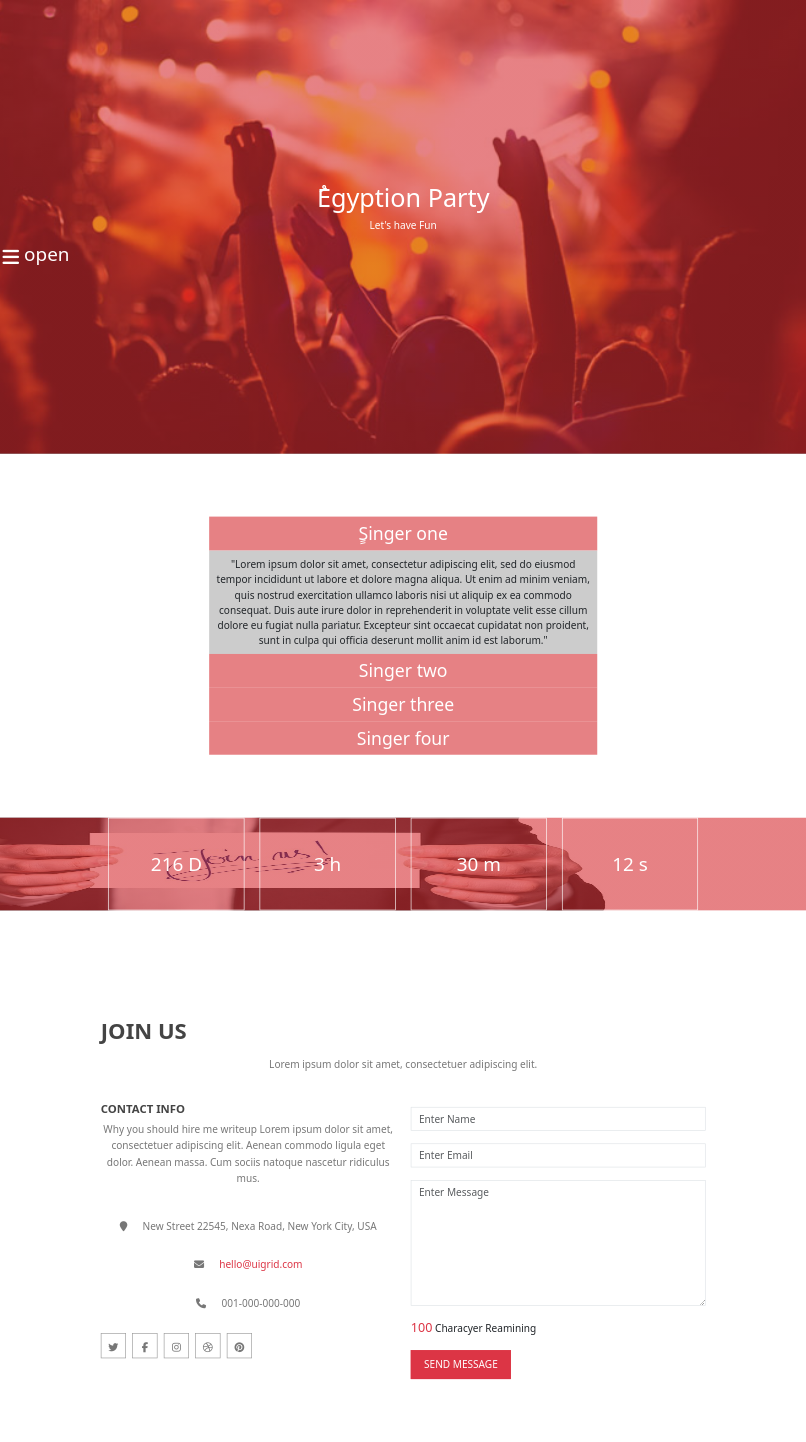
Repository: HagarYousry/jQuery
Page: index.html
An editor plug-in stored every save of this project. The page is shown before and after the next save, followed by the edit.
The browser window is 1280 px wide. The pictures show the whole page, at 63% of full size.

Above is the page before, as saved 2024-07-25 21:01:52.

### index.html
<!DOCTYPE html>
<html lang="en">

<head>
    <meta charset="UTF-8">
    <meta name="viewport" content="width=device-width, initial-scale=1.0">
    <title>Egyption party</title>
    <!-- web fonts  -->
    <link rel="stylesheet" href="css/all.min.css">
    <!-- bootstrap -->
    <link rel="stylesheet" href="css/bootstrap.min.css">
    <!-- main css -->
    <link rel="stylesheet" href="css/main.css">
</head>

<body>
    <!--start home  -->
    <section id="home">
        <div id="sideNav" class="bg-black p-5">
            <a class="p-0 closeIcon">
                <i class="fa-solid fa-xmark "></i>
            </a>
            <a class="sideNav-link " href="#home">Home</a>
            <a class="sideNav-link" href="#Acordion">Duration</a>
            <a class="sideNav-link" href="#contact">Contact</a>
            <a class="sideNav-link" href="#count">Details</a>
        </div>

        <div class="home-title d-flex justify-content-center align-items-center flex-column vh-100 text-white">
            <h1>ُEgyption Party</h1>
            <p>Let's have Fun</p>
            <span class="navIcon align-self-start d-flex align-items-center ms-1">
                <i class="fa-solid fa-bars"></i>
                <h4 class="ms-2">open</h4>
            </span>
        </div>
    </section>


    <!-- start Acordion section  -->
    <section id="Acordion" class="Acordion text-center">

        <div class="container w-50">
            <h3 class="toggle-acordion">ٍSinger one</h3>
            <div class="desc first">"Lorem ipsum dolor sit amet, consectetur adipiscing elit, sed do eiusmod tempor
                incididunt ut labore et dolore magna aliqua. Ut enim ad minim veniam, quis nostrud exercitation ullamco
                laboris nisi ut aliquip ex ea commodo consequat. Duis aute irure dolor in reprehenderit in voluptate
                velit
                esse cillum dolore eu fugiat nulla pariatur. Excepteur sint occaecat cupidatat non proident, sunt in
                culpa
                qui officia deserunt mollit anim id est laborum."
            </div>


            <h3 class="toggle-acordion">Singer two</h3>
            <div class="desc">"Sed ut perspiciatis unde omnis iste natus error sit voluptatem accusantium doloremque
                laudantium, totam rem aperiam, eaque ipsa quae ab illo inventore veritatis et quasi architecto beatae
                vitae
                dicta sunt explicabo. Nemo enim ipsam voluptatem quia voluptas sit aspernatur aut odit aut fugit, sed
                quia
                consequuntur magni dolores eos qui ratione voluptatem sequi nesciunt. Neque porro quisquam est, qui
                dolorem
                ipsum quia dolor sit amet, consectetur, adipisci velit, sed quia non numquam eius modi tempora incidunt
                ut
                labore et dolore magnam aliquam quaerat voluptatem. Ut enim ad minima veniam, quis nostrum
                exercitationem
                ullam corporis suscipit laboriosam, nisi ut aliquid ex ea commodi consequatur? Quis autem vel eum iure
                reprehenderit qui in ea voluptate velit esse quam nihil molestiae consequatur, vel illum qui dolorem eum
                fugiat quo voluptas nulla pariatur?"
            </div>


            <h3 class="toggle-acordion">Singer three</h3>
            <div class="desc">"But I must explain to you how all this mistaken idea of denouncing pleasure and praising
                pain was born and I will give you a complete account of the system, and expound the actual teachings of
                the
                great explorer of the truth, the master-builder of human happiness. No one rejects, dislikes, or avoids
                pleasure itself, because it is pleasure, but because those who do not know how to pursue pleasure
                rationally
                encounter consequences that are extremely painful. Nor again is there anyone who loves or pursues or
                desires
                to obtain pain of itself, because it is pain, but because occasionally circumstances occur in which toil
                and
                pain can procure him some great pleasure. To take a trivial example, which of us ever undertakes
                laborious
                physical exercise, except to obtain some advantage from it? But who has any right to find fault with a
                man
                who chooses to enjoy a pleasure that has no annoying consequences, or one who avoids a pain that
                produces no
                resultant pleasure?"
            </div>


            <h3 class="toggle-acordion">Singer four</h3>
            <div class="desc">"At vero eos et accusamus et iusto odio dignissimos ducimus qui blanditiis praesentium
                voluptatum deleniti atque corrupti quos dolores et quas molestias excepturi sint occaecati cupiditate
                non
                provident, similique sunt in culpa qui officia deserunt mollitia animi, id est laborum et dolorum fuga.
                Et
                harum quidem rerum facilis est et expedita distinctio. Nam libero tempore, cum soluta nobis est eligendi
                optio cumque nihil impedit quo minus id quod maxime placeat facere possimus, omnis voluptas assumenda
                est,
                omnis dolor repellendus. Temporibus autem quibusdam et aut officiis debitis aut rerum necessitatibus
                saepe
                eveniet ut et voluptates repudiandae sint et molestiae non recusandae. Itaque earum rerum hic tenetur a
                sapiente delectus, ut aut reiciendis voluptatibus maiores alias consequatur aut perferendis doloribus
                asperiores repellat."

            </div>

        </div>
    </section>
    <!-- end Acordion section  -->

    <!-- start count section  -->
    <section id="count">
        <div class="container w-75 text-center text-white">
            <div class="row">
                <div class="col-md-3">
                    <div class="time">
                        <span class="days">00</span>
                    </div>
                </div>

                <div class="col-md-3">
                    <div class="time">
                        <span class="hours">00</span>
                    </div>
                </div>

                <div class="col-md-3">
                    <div class="time">
                        <span class="minutes">00</span>
                    </div>
                </div>

                <div class="col-md-3">
                    <div class="time">
                        <span class="seconds">00</span>
                    </div>
                </div>

            </div>
        </div>
    </section>
    <!-- end count section  -->

    <!-- start contact-us section  -->
    <section id="contact">
        <div class="container-fluid w-75">
            <div class="head">
                <h2 class="text-uppercase fw-bold">Join Us</h2>
                <p class="text-center">Lorem ipsum dolor sit amet, consectetuer adipiscing elit.</p>
            </div>
            <div class="row mt-5">
                <div class="col-md-6">
                    <div class="col-info">
                        <h3 class="text-uppercase">CONTACT INFO</h3>
                        <p class="text-center">Why you should hire me writeup Lorem ipsum dolor sit amet, consectetuer
                            adipiscing elit.
                            Aenean commodo ligula eget dolor. Aenean massa. Cum sociis natoque nascetur ridiculus mus.
                        </p>

                        <div class="icons text-center">
                            <p><i class="fa fa-map-marker"></i> New Street 22545, Nexa Road, New York City, USA</p>

                            <p class="text-danger"><i class="fa fa-envelope"></i> hello@uigrid.com</p>
                            <p><i class="fa fa-phone"></i> 001-000-000-000</p>
                        </div>

                        <div class="social d-flex align-items-center">

                            <i class="fab fa-twitter fa-fw"></i>
                            <i class="fab fa-facebook-f fa-fw"></i>
                            <i class="fab fa-instagram fa-fw"></i>
                            <i class="fab fa-dribbble fa-fw"></i>
                            <i class="fab fa-pinterest fa-fw"></i>

                        </div>
                    </div>
                </div>

                <div class="col-md-6">
                    <form>

                        <input class="form-control mt-2" type="text" placeholder="Enter Name">
                        <input class="form-control" type="email" placeholder="Enter Email">
                        <textarea class="form-control " placeholder="Enter Message"></textarea>
                        <span id="chars" class="text-danger">100</span> Characyer Reamining
                        <button class="btn btn-danger text-uppercase">Send Message</button>

                    </form>
                </div>
            </div>
        </div>
    </section>
    <!-- end contact-us section  -->


    <!-- jquery  -->
    <script src="js/jquery-3.7.1.min.js"></script>
    <!-- index js  -->
    <script src="js/index.js"></script>


</body>

</html>

### css/main.css
/*start home  */
#home{
    height: 100vh;
    background-image: linear-gradient(rgba(214, 46, 51, 0.6), rgba(214, 46, 51, 0.6)),
        url(../imgs/events-heavenly-header.jpg);
    background-position: center;
    background-size: cover;
    background-repeat: no-repeat;
}

#sideNav {
    position: fixed;
    top: 0;
    bottom: 0;
    left: 0;
    display: flex;
    flex-direction: column;
    z-index: 9999;
}

#sideNav a{
    padding: 20px;
    text-decoration: none;
    font-size: 25px;
    color: #818181;
    display: block;
    color: white;
    transition: 0.3s;
}

.closeIcon {
    position: absolute;
    top: 0;
    right: 25px;
    font-size: 26px;
    margin-left: 50px;
    color: white;
    padding-bottom: 10px;
    transition: 0.3s;
    cursor: pointer;
}

#sideNav a:hover {
    color: rgba(214, 46, 51, 0.4);
}

.navIcon i,
.navIcon h4 {
    font-size: 30px;
    cursor: pointer;
}


/* start Acordion */
.Acordion{
    padding-top: 100px ;
    padding-bottom: 100px;
}

.toggle-acordion {
    background-color: rgba(214, 46, 51, 0.6);
    cursor: pointer;
    color: white;
    padding: 10px;
    margin: 0px;
}

.desc {
    background-color: rgb(204, 204, 204);
    display: none;
    padding: 10px;
}

#Acordion .first {
    display: block;
}

/* end Acordion section  */

/* start count section  */

#count {
    background-image: linear-gradient(rgba(214, 46, 51, 0.6), rgba(214, 46, 51, 0.6)), url(../imgs/invitation-2508607__340.jpg);
    background-repeat: no-repeat;
    background-position: center center;
    background-size: 100% 100%;
    position: relative;
}

.container-fluid {
    padding: 100px 0px;
}

.time {
    padding: 50px;
    border: 1px solid #FFF;
    font-weight: 500;
    font-size: 30px;
}

/* end count section  */

/* start contact-us section  */
#contact {
    margin-top: 70px;
}

#contact .head h2 {
    font-size: 35px;
    color: #444;
    margin-bottom: 20px;
}

#contact .head p {
    color: #777;
    font-weight: 300;
    font-size: 16px;
}

#contact .col-md-6 .col-info .icons {
    margin-top: 50px;
}

#contact .col-md-6 .col-info .icons p {
    margin-bottom: 35px;
}

#contact .col-md-6 .col-info h3 {
    color: #444;
    font-size: 18px;
    font-weight: 900;
}

#contact .col-md-6 .col-info p {
    font-size: 16px;
    line-height: 26px;
    color: #777;
}

#contact i {
    margin-right: 20px;
    color: #777;
}

#contact .col-md-6 .col-info .social i {
    margin-right: 10px;
    border: 1px solid #999;
    width: 40px;
    height: 40px;
    line-height: 42px;
    cursor: pointer;
    text-align: center;
    transition: 0.5s all;
}

#contact .col-md-6 .col-info .social i:hover {
    color: #fff;
    background-color: #D62E33;
    border: 1px solid #D62E33;
}

#contact .col-md-6 form input,
#contact .col-md-6 form textarea {
    margin-bottom: 20px;
    border-radius: 0;
}

#contact .col-md-6 form textarea {
    height: 200px;
    resize: vertical;
}

#contact .col-md-6 form button {
    padding: 10px 20px;
    border-radius: 0;
    margin-top: 20px;
    display: block;
}

#contact .col-md-6 form #chars {
    font-size: 20px;
}
/* end contact-us section  */

### js/index.js
/// <reference types="../@types/jquery"/>

/* start sideNav */

const sideNavwidth = $('#sideNav').outerWidth(true);

$('#sideNav')
    .animate({ left: -sideNavwidth }, 0);

// open icon
$('.navIcon')
    .on('click', function () {
        $('#sideNav').animate({ left: 0 }, 1000);
        $('.home-title').animate({ marginLeft: sideNavwidth }, 1000)

    })

// close icon
$('.closeIcon')
    .on('click', function () {
        $('#sideNav').animate({ left: -sideNavwidth }, 1000);
        $('.home-title').animate({ marginLeft: 0 }, 1000)
    })


//! scroll to sections
$('.sideNav-link[href^="#"]')
    .on('click', function () {
        const sectionId = $(this).attr('href');
        const sectionTop = $(sectionId).offset().top;
        $('html , body')
            .animate({ scrollTop: sectionTop }, 1000)
    })


// start Acordion section
$('#Acordion .toggle-acordion').on('click', function () {
    $('.desc').not($(this).next()).slideUp(500);
    $(this).next().slideToggle(500);
});

//start count section
$(window).on('load', function () {
    countDownTime("27 february 2025 00:00:00");
})

function countDownTime(countTo) {

    let countDate = new Date(countTo);
    countDate = (countDate.getTime() / 1000);

    let now = new Date();
    now = (now.getTime() / 1000);

    timeDifference = (countDate - now);

    let days = Math.floor(timeDifference / (24 * 60 * 60));
    let hours = Math.floor((timeDifference % (24 * 60 * 60)) / 3600);
    let mins = Math.floor((timeDifference % 3600) / 60);
    let secs = Math.floor(timeDifference % 60);


    $(".days").html(`${days} D`);
    $(".hours").html(`${hours} h`);
    $(".minutes").html(`${mins} m`);
    $('.seconds').html(`${secs} s`)

    setInterval(function () {
        countDownTime(countTo);
    }, 1000);
}

//start contact-us section
let maxLength = 100;
$('textarea').on('input', function () {
    let length = $(this).val().length;
    let AmountLeft = maxLength - length;
    console.log(AmountLeft);
    if (AmountLeft <= 0) {
        $("#chars").text("your available characters finished");
    }
    else {
        $("#chars").text(AmountLeft);
    }
});
//end contact-us section

Loaded but not shown: css/all.min.css (library); css/bootstrap.min.css (library); js/jquery-3.7.1.min.js (library)

After the next save:
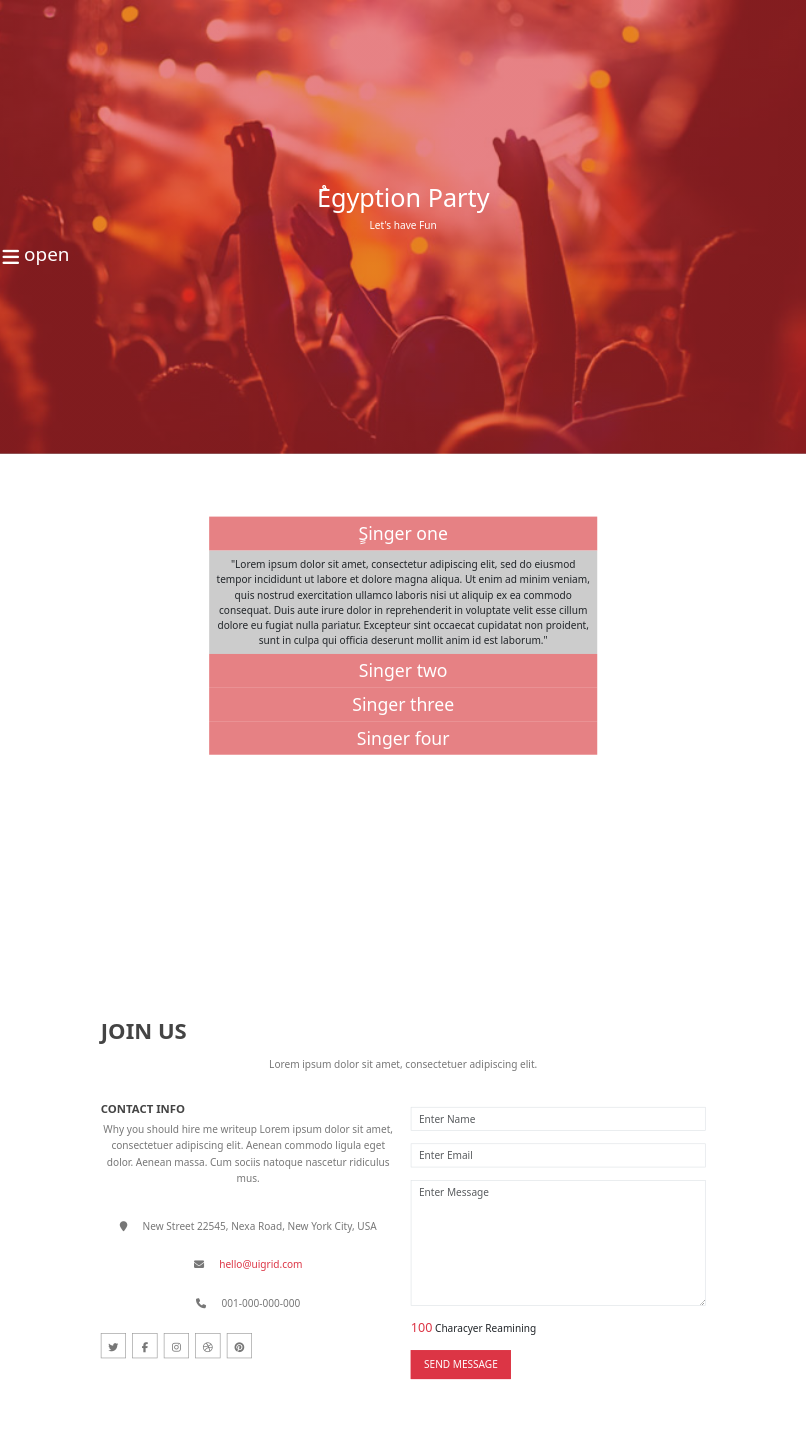
Saved 18 s later.
--- a/index.html
+++ b/index.html
@@ -113,7 +113,7 @@
     <!-- end Acordion section  -->
 
     <!-- start count section  -->
-    <section id="count">
+    <section id="counter">
         <div class="container w-75 text-center text-white">
             <div class="row">
                 <div class="col-md-3">

After the save that followed:
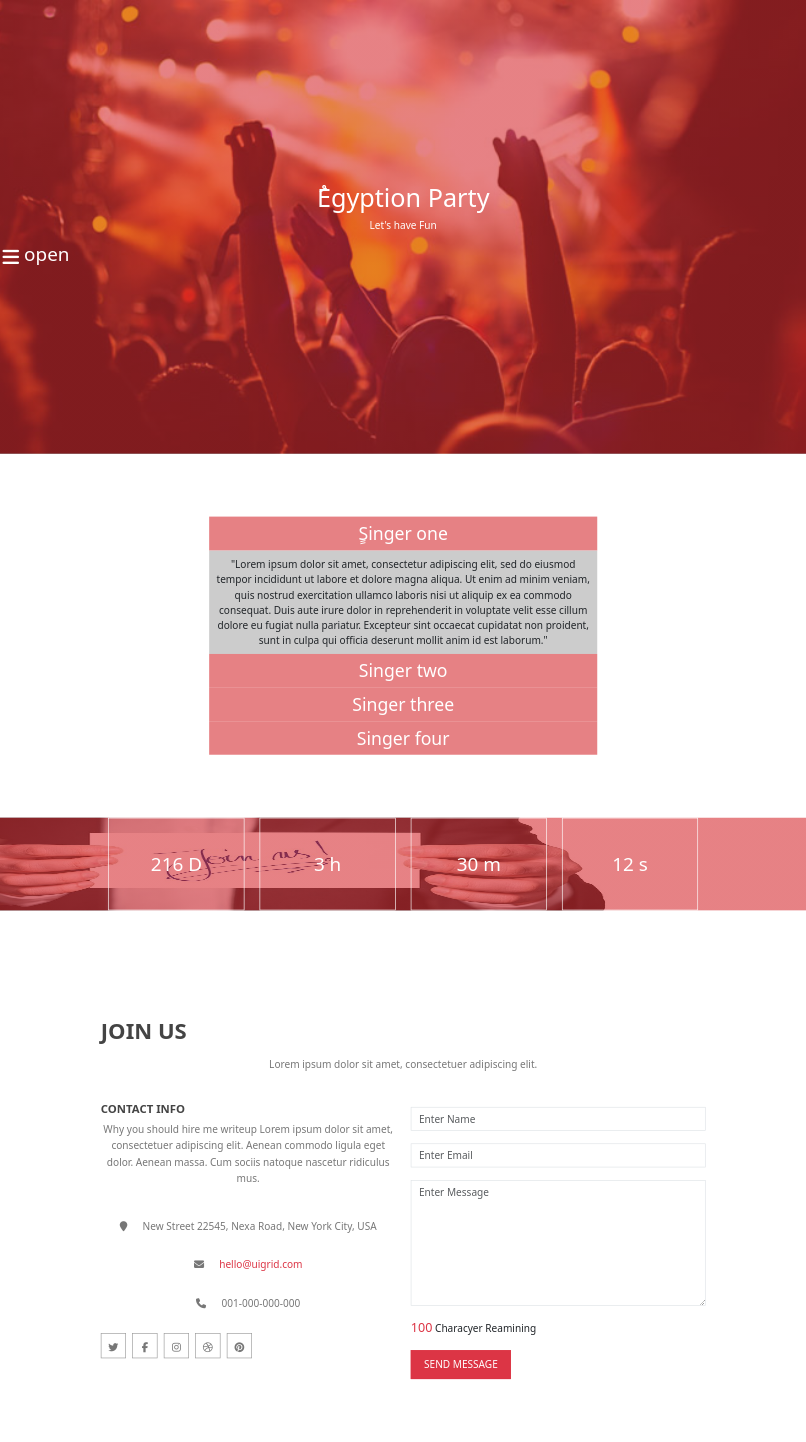
Saved 7 s later.
--- a/css/main.css
+++ b/css/main.css
@@ -79,7 +79,7 @@
 
 /* start count section  */
 
-#count {
+#counter {
     background-image: linear-gradient(rgba(214, 46, 51, 0.6), rgba(214, 46, 51, 0.6)), url(../imgs/invitation-2508607__340.jpg);
     background-repeat: no-repeat;
     background-position: center center;
